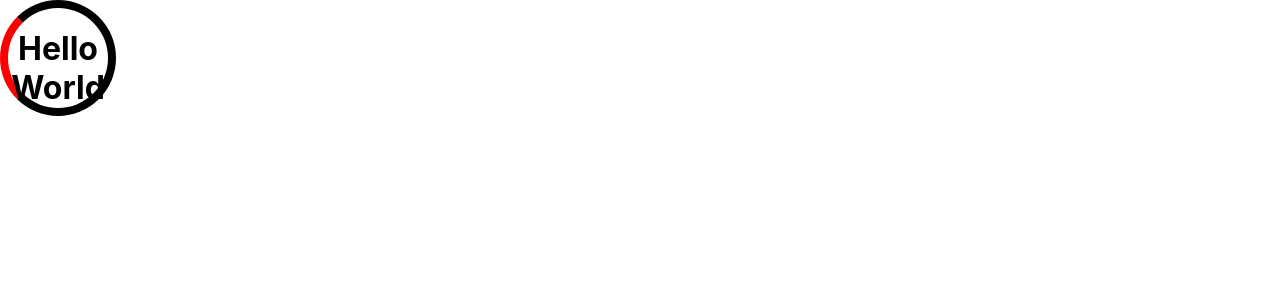
Repository: DeepikaSuretek/React
Page: / (app in practice-app/)
An editor plug-in stored every save of this project. The page is shown before and after the next save, followed by the edit.
The browser window is 1280 px wide. The pictures show the whole page.
The project was rebuilt for these pictures with package versions that can differ from the ones it lists, and the page was loaded fresh each time.

Above is the page before, as saved 2024-07-08 17:40:18.

### practice-app/src/App.js
import './App.css';
import User from './class-component/class';

function App() {
  return (
    <div className="App loader">
     <h1>Hello World</h1>
     <User />
    </div>
  );
}

export default App;

### practice-app/src/App.css
.App {
  text-align: center;
}

.App-logo {
  height: 40vmin;
  pointer-events: none;
}

@media (prefers-reduced-motion: no-preference) {
  .App-logo {
    animation: App-logo-spin infinite 20s linear;
  }
}

.App-header {
  background-color: #282c34;
  min-height: 100vh;
  display: flex;
  flex-direction: column;
  align-items: center;
  justify-content: center;
  font-size: calc(10px + 2vmin);
  color: white;
}

.App-link {
  color: #61dafb;
}

@keyframes App-logo-spin {
  from {
    transform: rotate(0deg);
  }
  to {
    transform: rotate(360deg);
  }
}

.loader{
  height: 100px;
  width: 100px;
  border: 8px solid;
  border-color: black black black red;
  border-radius: 50%;
  animation: App-logo-spin 2s linear 20s;
}

### practice-app/src/class-component/class.js
import { Component } from "react"

class User extends Component{
    render(){
        return(
           <div>{console.log('Hello')}</div>
        )
    }
}

export default User;

Loaded but not shown: practice-app/public/index.html (common file); practice-app/src/index.js (common file); practice-app/src/index.css (common file); practice-app/src/reportWebVitals.js (common file)

After the next save:
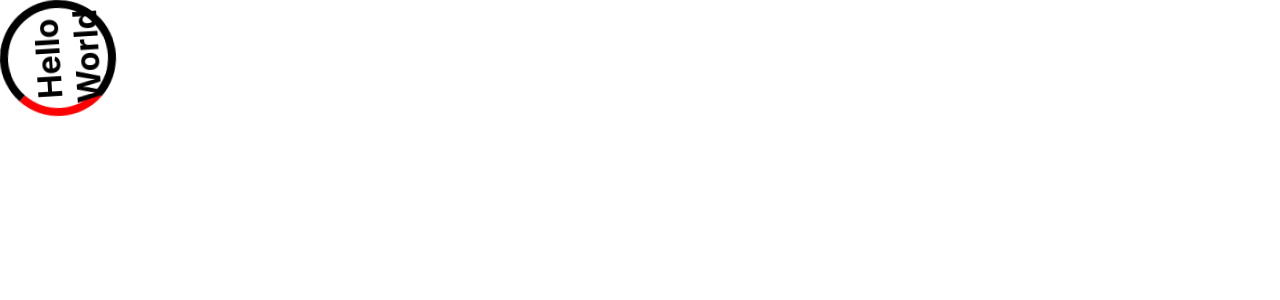
Saved 14 s later.
--- a/practice-app/src/App.css
+++ b/practice-app/src/App.css
@@ -43,5 +43,5 @@
   border: 8px solid;
   border-color: black black black red;
   border-radius: 50%;
-  animation: App-logo-spin 2s linear 20s;
+  animation: App-logo-spin 2s linear infinite;
 }

After the save that followed:
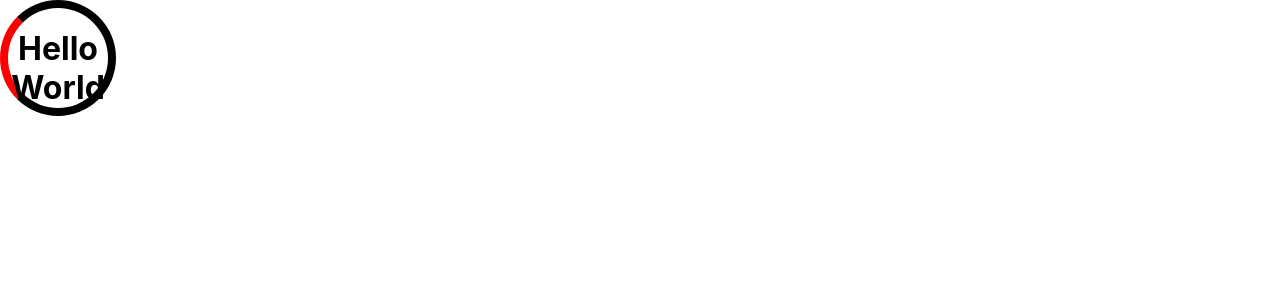
Saved 7 s later.
--- a/practice-app/src/App.css
+++ b/practice-app/src/App.css
@@ -43,5 +43,5 @@
   border: 8px solid;
   border-color: black black black red;
   border-radius: 50%;
-  animation: App-logo-spin 2s linear infinite;
+  animation: App-logo-spin 2s linear 1000s;
 }
